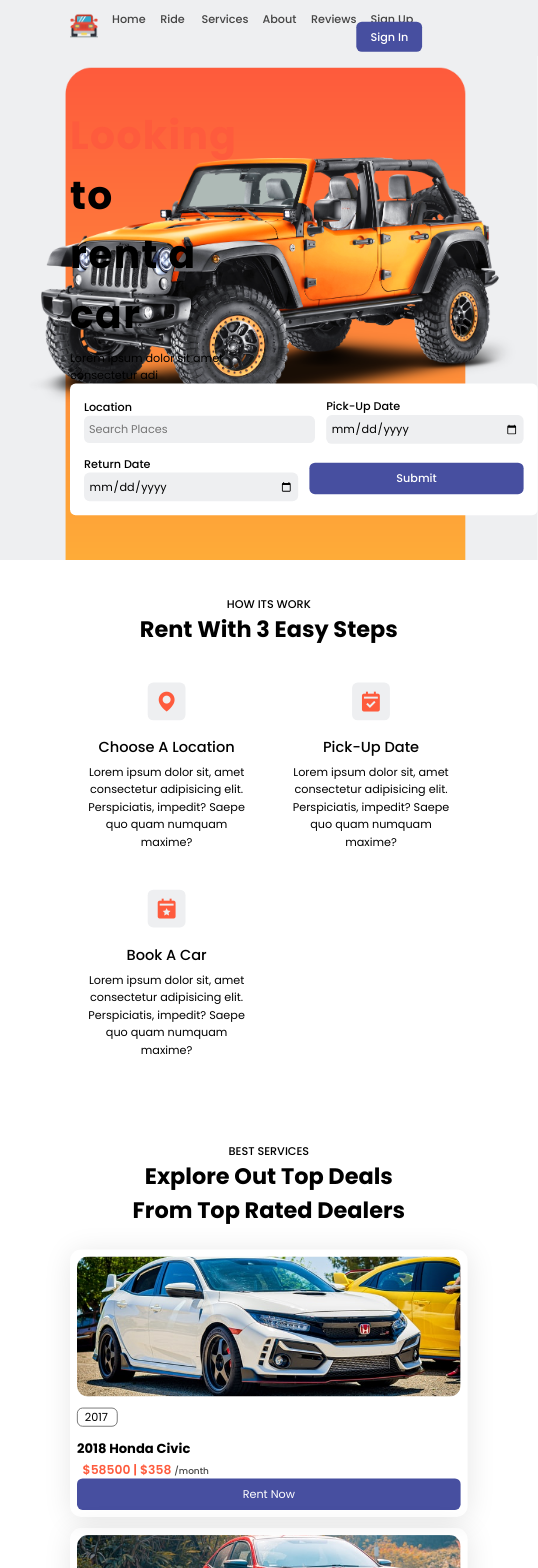
Repository: douglasabnovato/car-rental
Page: index.html
The author's editor kept a copy of each file at every save. The page is drawn from the files as they stood at one save, then again after the next save.
The browser window is 768 px wide. The pictures show the part of the page from y = 0 to 2240 px (the page is 5797 px tall before and 4778 px after), at 70% of full size.

Above is the page before, as saved 2025-05-16 21:28:50.

After the next save:
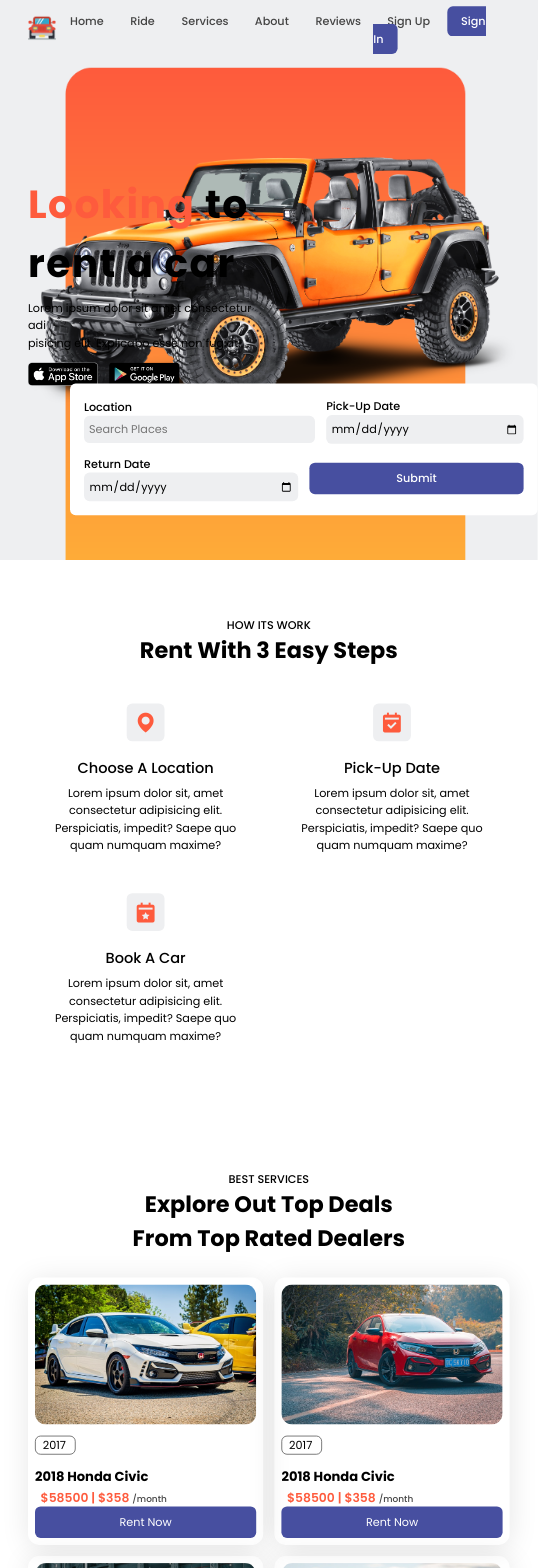
Saved 76 s later.
--- a/style.css
+++ b/style.css
@@ -436,3 +436,12 @@ header {
 }
 
 /* Responsive */
+
+@media (max-width: 991px){
+    header {
+        padding: 18px 40px;
+    }
+    section {
+        padding: 80px 40px;
+    }
+}
